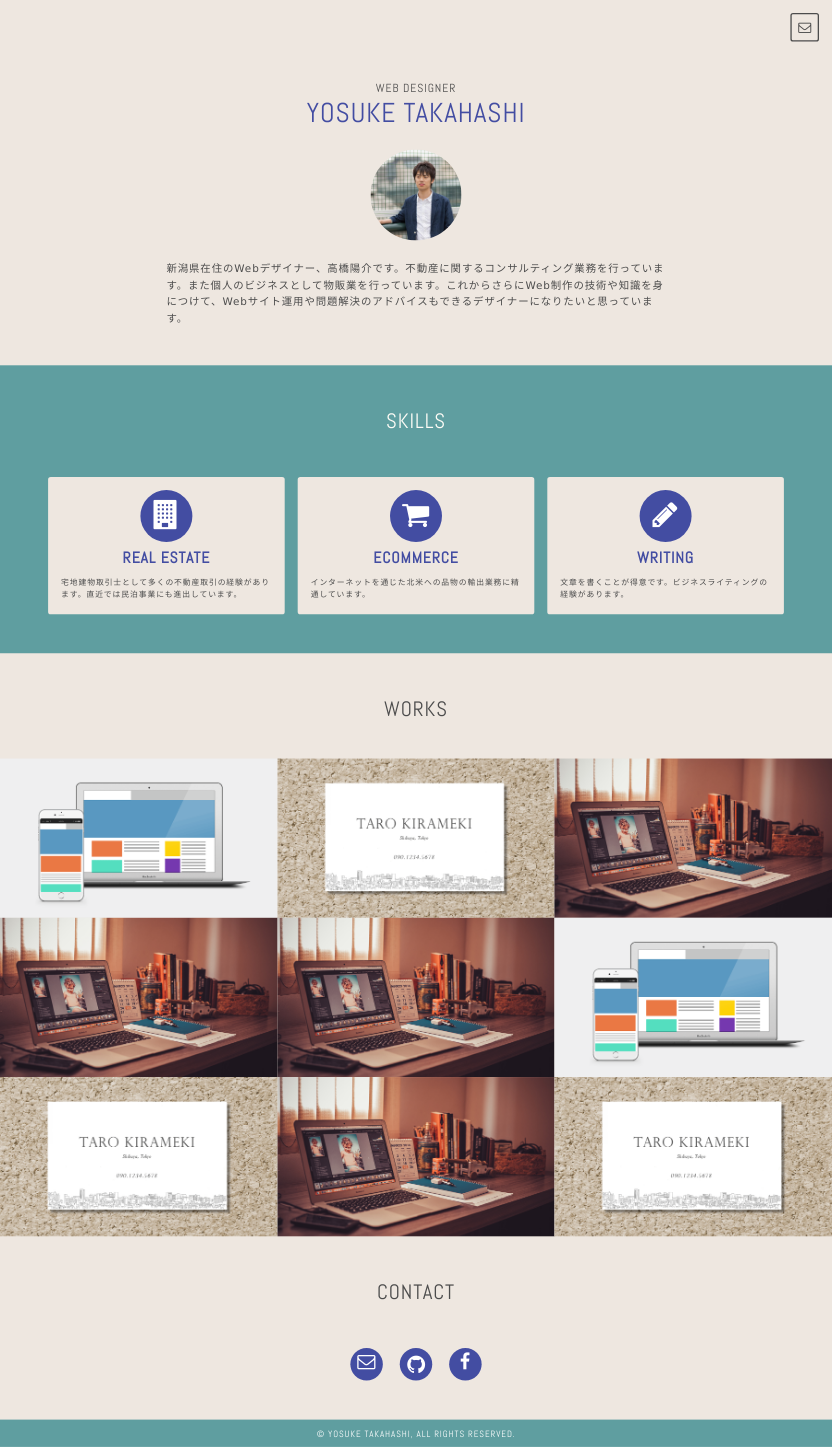
Repository: ysktkhs/responsive-site
Page: environment/portfolio/index.html
The author's editor kept a record of every edit. The page is drawn from the files as they stood at one moment, then again after the next edit.
The browser window is 1280 px wide. The pictures show the whole page, at 65% of full size.
Some web libraries are served in a nearby version.

Above is the page before.

After the next edit:
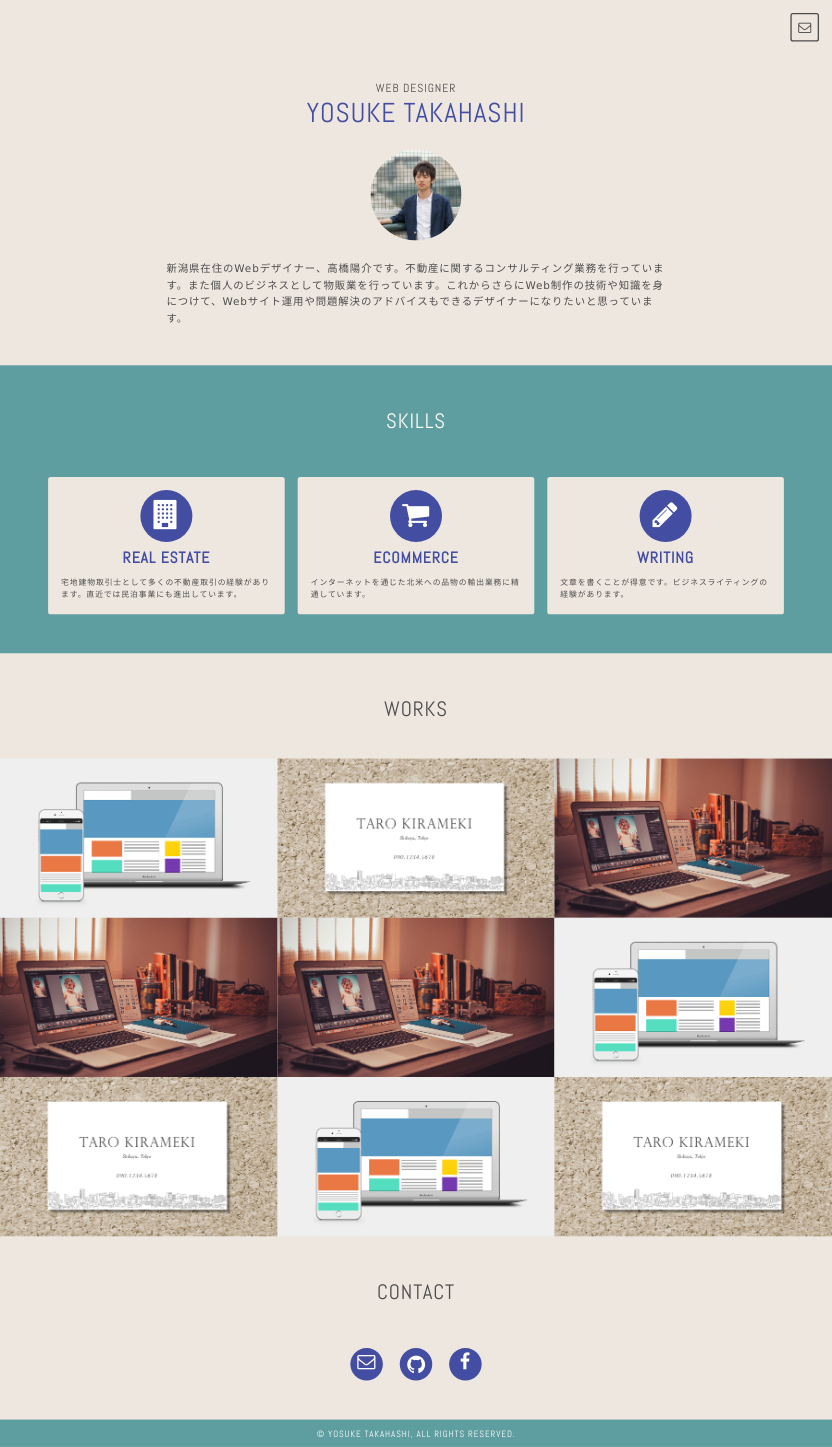
The edit:
--- a/environment/portfolio/index.html
+++ b/environment/portfolio/index.html
@@ -135,7 +135,7 @@
             </div>
             <div class="works-box">
                 <a href="#">
-                <img src="./images/img_work_blog.jpg" alt="WordPressオリジナルテーマ">
+                <img src="./images/img_work_site.png" alt="株式会社きらめき コーポレートサイト様 Webサイトデザイン">
                 <div class="works-box-inner">
                     <div class="text-center">
                         <h3>ブログデザイン</h3>
